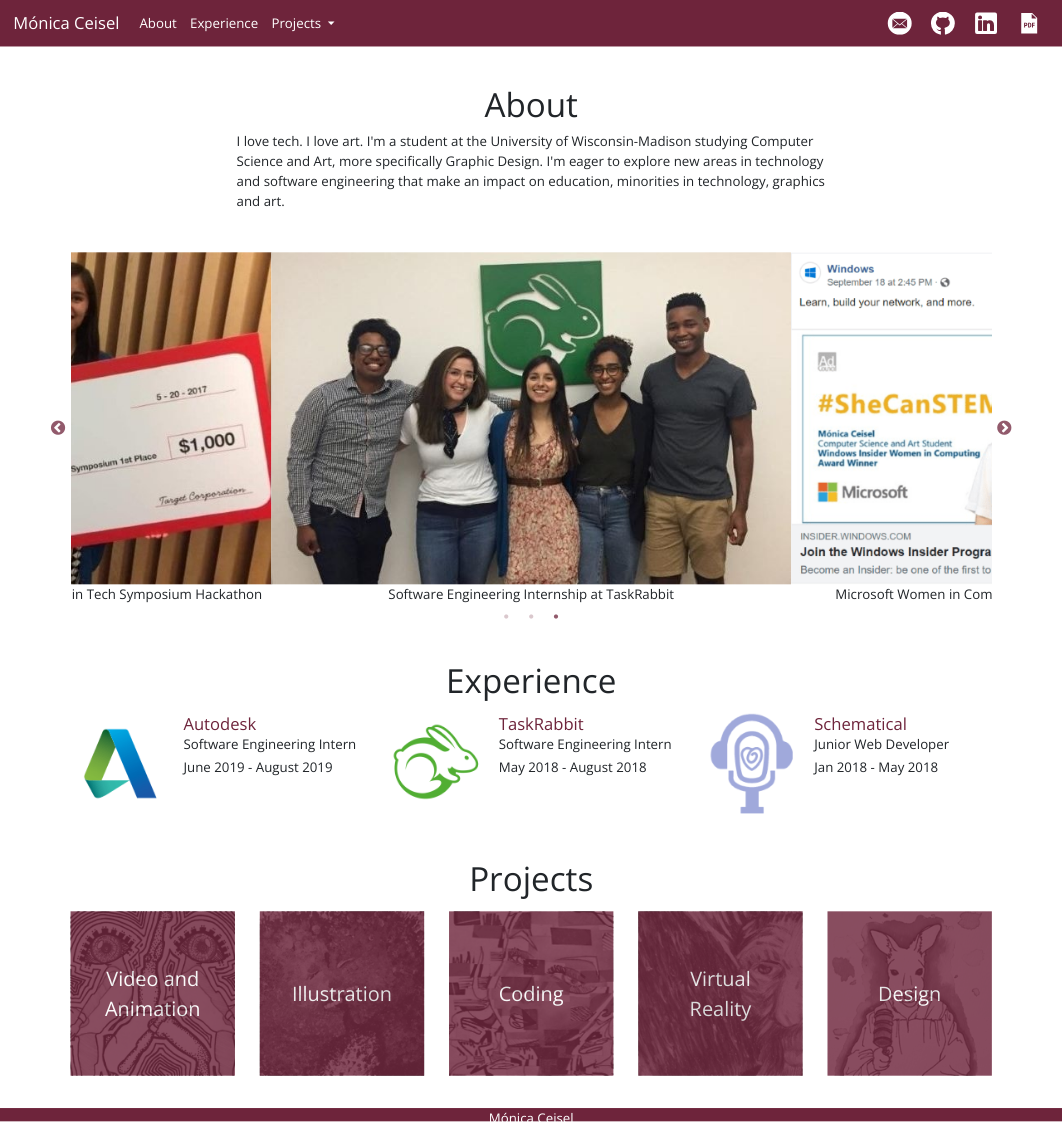
Repository: ceiselm/ceiselm.github.io
Page: index.html
The author's editor kept a copy of each file at every save. The page is drawn from the files as they stood at one save, then again after the next save.
The browser window is 1280 px wide. The pictures show the whole page, at 83% of full size.

Above is the page before, as saved 2019-07-12 06:58:31.

After the next save:
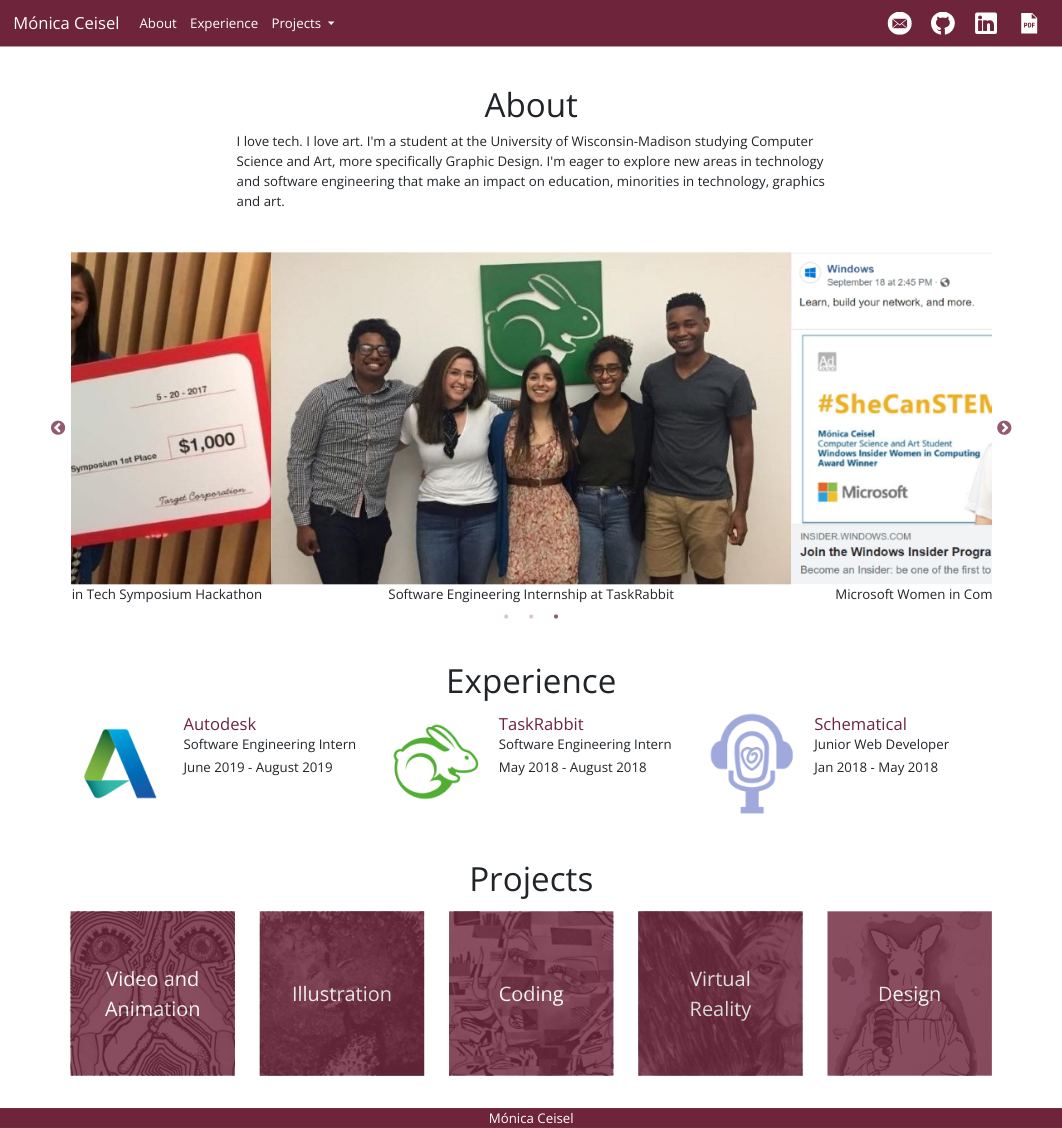
Saved 14 s later.
--- a/css/home.css
+++ b/css/home.css
@@ -12,7 +12,7 @@
   background-color: #6E243B;
   color: white;
   text-align: center;
-  height: 1rem;
+  /* height: 1rem; */
 }
 
 /* .footer-text {
